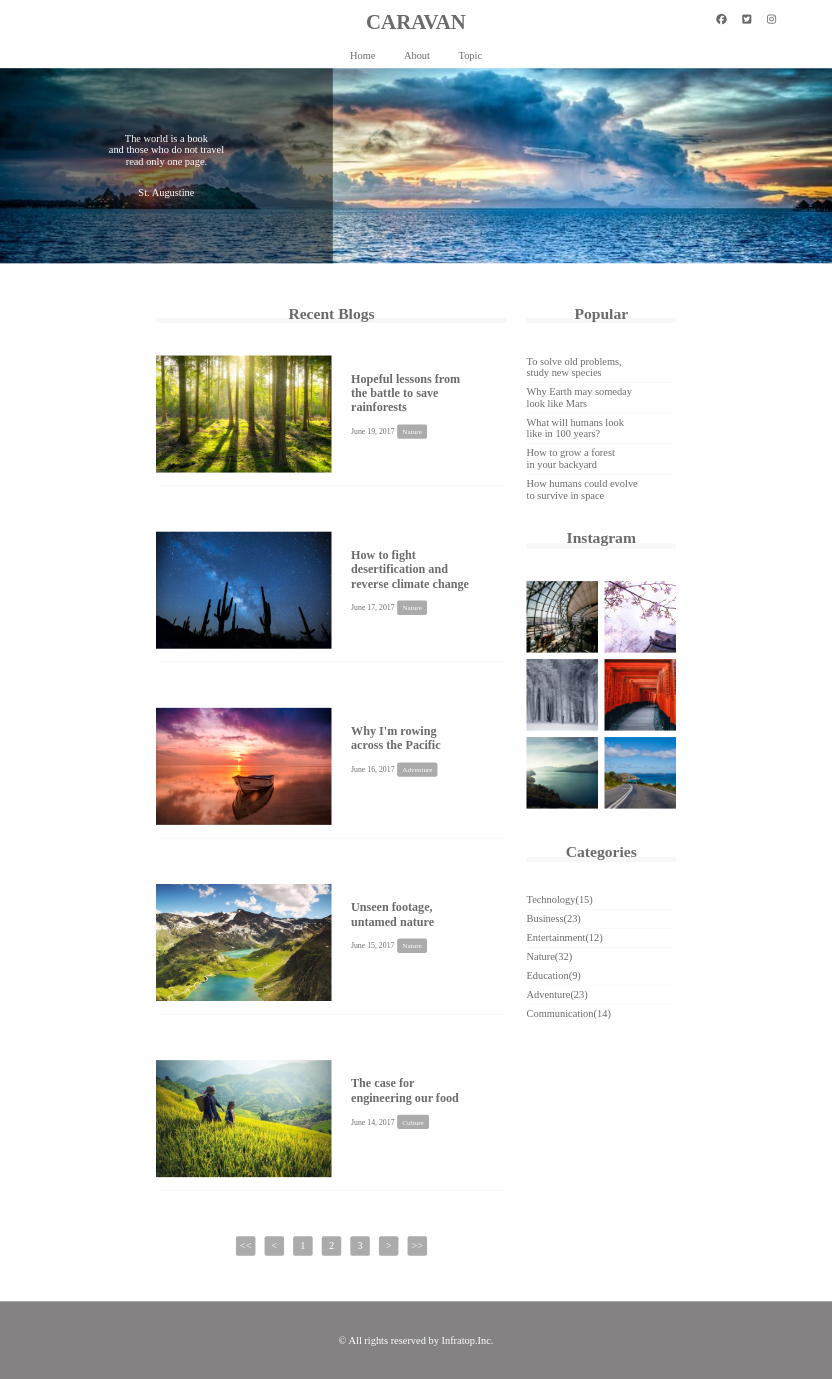
Repository: rascalNoShippo/git-practice
Page: caravan/index.html
The author's editor kept a record of every edit. The page is drawn from the files as they stood at one moment, then again after the next edit.
The browser window is 1280 px wide. The pictures show the whole page, at 65% of full size.
Some web libraries are served in a nearby version.

Above is the page before.

### caravan/index.html
<!DOCTYPE html>
<html lang="ja">
  <head>
    <meta charset="UTF-8" />
    <script src="https://kit.fontawesome.com/d67b0675a1.js" crossorigin="anonymous"></script>
    <link rel="stylesheet" href="style.css" />
    <title>CARAVAN</title>
  </head>

  <body>
    <header>
      <h1 class="heading">
        <a href="index.html">CARAVAN</a>
      </h1>
      <div class="social">
        <i class="fa-brands fa-facebook"></i>
        <i class="fa-brands fa-square-twitter"></i>
        <i class="fa-brands fa-instagram"></i>
      </div>
    </header>
    <nav>
      <ul class="nav-list">
        <li class="nav-list-item">
          <a href="index.html">Home</a>
        </li>
        <li class="nav-list-item">About</li>
        <li class="nav-list-item">Topic</li>
      </ul>
    </nav>
    <div class="main-visual">
      <div class="main-visual-content">
        <div>
          <p class="main-visual-text">
            The world is a book<br>and those who do not travel<br>read only one page.
          </p>
          <p class="main-visual-name">
            St. Augustine
          </p>
        </div>
      </div>
    </div>
    <main>
      <section class="blog">
        <h2 class="blog-heading">Recent Blogs</h2>
        <div class="blog-box">
          <div class="blog-item">
            <img class="blog-image" src="image/forest.jpg" />
            <section class="blog-text">
              <h3 class="blog-text-heading">
                <a href="single.html">
                  Hopeful lessons from<br>
                  the battle to save<br>
                  rainforests
                </a>
              </h3>
              <p class="blog-date">June 19, 2017</p>
              <span class="category">Nature</span>
            </section>
          </div>
          <div class="blog-item">
            <img class="blog-image" src="image/desert.jpg" />
            <section class="blog-text">
              <h3 class="blog-text-heading">
                <a href="single.html">
                  How to fight<br>
                  desertification and<br>
                  reverse climate change
                </a>
              </h3>
              <p class="blog-date">June 17, 2017</p>
              <span class="category">Nature</span>
            </section>
          </div>
          <div class="blog-item">
            <img class="blog-image" src="image/sunset.jpg" />
            <section class="blog-text">
              <h3 class="blog-text-heading">
                <a href="single.html">
                  Why I'm rowing<br>
                  across the Pacific
                </a>
              </h3>
              <p class="blog-date">June 16, 2017</p>
              <span class="category">Adventure</span>
            </section>
          </div>
          <div class="blog-item">
            <img class="blog-image" src="image/italy.jpg" />
            <section class="blog-text">
              <h3 class="blog-text-heading">
                <a href="single.html">
                  Unseen footage,<br>
                  untamed nature
                </a>
              </h3>
              <p class="blog-date">June 15, 2017</p>
              <span class="category">Nature</span>
            </section>
          </div>
          <div class="blog-item">
            <img class="blog-image" src="image/asia.jpg" />
            <section class="blog-text">
              <h3 class="blog-text-heading">
                <a href="single.html">
                  The case for<br>
                  engineering our food
                </a>
              </h3>
              <p class="blog-date">June 14, 2017</p>
              <span class="category">Culture</span>
            </section>
          </div>
        </div>
        <div class="pagination">
          <p><<</p>
          <p><</p>
          <p>1</p>
          <p>2</p>
          <p>3</p>
          <p>></p>
          <p>>></p>
        </div>
      </section>
      <div class="sidebar">
        <section class="popular">
          <h2 class="popular-heading common-heading">Popular</h2>
          <div class="sidebar-contents">
            <p class="popular-text">To solve old problems,<br>study new species</p>
            <p class="popular-text">Why Earth may someday<br>look like Mars</p>
            <p class="popular-text">What will humans look<br>like in 100 years?</p>
            <p class="popular-text">How to grow a forest<br>in your backyard</p>
            <p class="popular-text">How humans could evolve<br>to survive in space</p>
          </div>
        </section>
        <section class="instagram">
          <h2 class="instagram-heading common-heading">Instagram</h2>
          <div class="sidebar-contents">
            <div class="instagram-box"></div>
            <div class="instagram-box"></div>
            <div class="instagram-box"></div>
            <div class="instagram-box"></div>
            <div class="instagram-box"></div>
            <div class="instagram-box"></div>
          </div>
        </section>
        <section class="categories">
          <h2 class="categories-heading common-heading">Categories</h2>
          <div class="sidebar-contents">
            <p class="categories-text">Technology(15)</p>
            <p class="categories-text">Business(23)</p>
            <p class="categories-text">Entertainment(12)</p>
            <p class="categories-text">Nature(32)</p>
            <p class="categories-text">Education(9)</p>
            <p class="categories-text">Adventure(23)</p>
            <p class="categories-text">Communication(14)</p>
          </div>
        </section>
      </div>
    </main>
    <footer>
      <p class="footer-text">© All rights reserved by Infratop.Inc.</p>
    </footer>
  </body>
</html>

### caravan/style.css
*{
  margin: 0;
  padding: 0;
  box-sizing: border-box;
}

body{
  color: #6c6b6b;
  background-color: white;
}

a{
  text-decoration: none;
  color: #6c6b6b;;
}

header {
  width: 90%;
  padding: 15px 0;
  margin: 0 auto;
  text-align: center;
  position: relative;
}

.social{
  position: absolute;
  top: 22px;
  right: 22px;
}

.social i {
  display: inline-block;
}

.social i:nth-child(n+2) {
  margin-left: 20px;
}

header .heading{
  font-size: 32px;
}

.nav-list{
 text-align: center;
 padding: 10px 0;
 margin: 0 auto;
 }

.nav-list-item{
  list-style: none;
  display: inline-block;
  margin: 0 20px;
}

.main-visual{
  width: 100%;
  height: 300px;
  background-image: url("image/mv.jpg");
  background-size: cover;
  background-position: center;
}

.main-visual-content{
  width: 40%;
  height: 300px;
  background-color: rgba(0,0,0,0.5);
  display: flex;
  align-items: center;
  flex-wrap: wrap;
  justify-content: center;
  text-align: center;
  color: white;
}

.main-visual-name{
  margin-top: 30px;
}

/*.main{
  width: 840px;
  height: 1400px;
  background-color: green;
  display: flex;
  justify-content: center;
  margin: 0 auto;
}*/

main{
  width: 800px;
  display: flex;
  justify-content: center;
  margin: 0 auto;
  padding: 70px 0;
}

.blog{
  width: 540px;
  margin-right: 30px;
}

.blog-heading{
  border-bottom: 8px solid #f7f7f7;
  text-align: center;
  line-height: 0.6;
}

.blog-item {
  padding: 50px 0 20px 0;
  margin-bottom: 20px;
  border-bottom: 1px solid #f7f7f7;
  display: flex;
  justify-content: flex-start;
}

.blog-text-heading{
  padding-bottom: 15px;
}

.blog-image {
  height: 180px;
}

.blog-text{
  padding: 25px 0 0 30px;
}

.blog-date {
  font-size: 12px;
  display: inline-block;
}

.category {
  display: inline-block;
  padding: 5px 8px;
  background-color: #acabab;
  border-radius: 3px;
  color: #fff;
  font-size: 11px;
}

.sidebar{
  width: 230px;
}

.common-heading{
  border-bottom: 8px solid #f7f7f7;
  text-align: center;
  line-height: 0.6;
}

.sidebar-contents{
  padding: 50px 0;
}

.popular-text,
.categories-text{
  padding-bottom: 5px;
  border-bottom: 1px solid #f7f7f7;
  margin-bottom: 5px;
}

.popular-text:last-child,
.categories-text:last-child{
  margin: 0;
  padding: 0;
  border: none;
}

.instagram .sidebar-contents{
  display: flex;
  flex-wrap: wrap;
}

.instagram-box{
  width: 110px;
  padding-top: 110px;
  background-size: cover;
  background-position: center;
  margin-bottom: 10px;
}

.instagram-box:nth-child(2n+1) {
  margin-right: 10px;
}

.instagram-box:nth-child(1) {
  background-image: url(image/airport.jpg);
}

.instagram-box:nth-child(2) {
  background-image: url(image/japan.jpg);
}

.instagram-box:nth-child(3) {
  background-image: url(image/snow.jpg);
}

.instagram-box:nth-child(4) {
  background-image: url(image/japan2.jpg);
}

.instagram-box:nth-child(5) {
  background-image: url(image/lake.jpg);
}

.instagram-box:nth-child(6) {
  background-image: url(image/road.jpg);
}


.pagination{
  text-align: center;
  padding-top: 50px;
}

.pagination p {
  display: inline-block;
  width: 30px;
  height: 30px;
  margin: 0 5px;
  color: #fff;
  background-color: #acabab;
  border-radius: 3px;
  line-height: 30px;
}

footer {
  width: 100%;
  height: 120px;
  text-align: center;
  line-height: 120px;
  background-color: #848282;
}

.footer-text {
  color: #fff;
}

After the next edit:
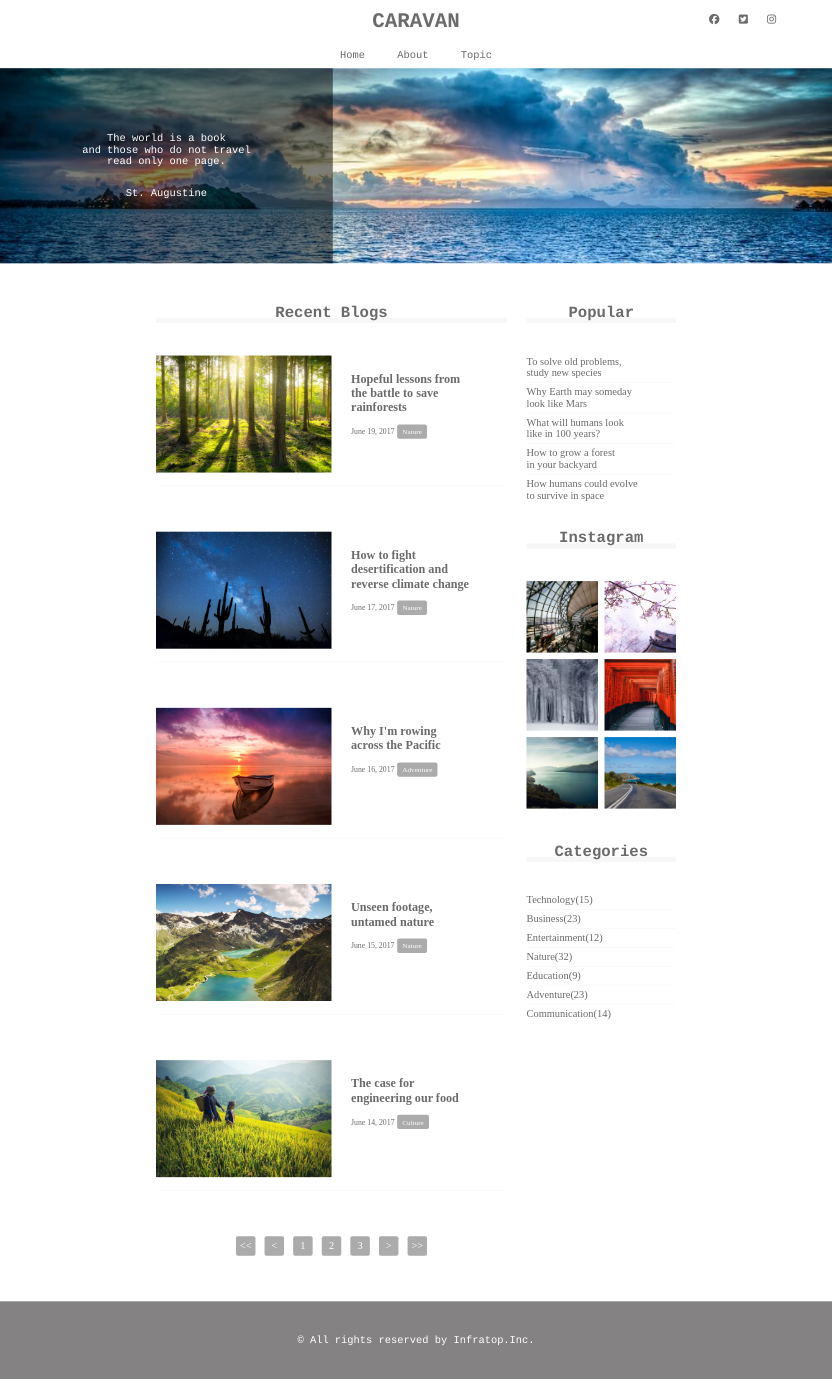
The edit:
--- a/caravan/style.css
+++ b/caravan/style.css
@@ -12,6 +12,10 @@
 a{
   text-decoration: none;
   color: #6c6b6b;;
+}
+
+header, nav, h2, .main-visual, footer {
+  font-family: Chalkduster, "Bradley Hand", Courier, "Segoe Print", sans-serif;
 }
 
 header {
